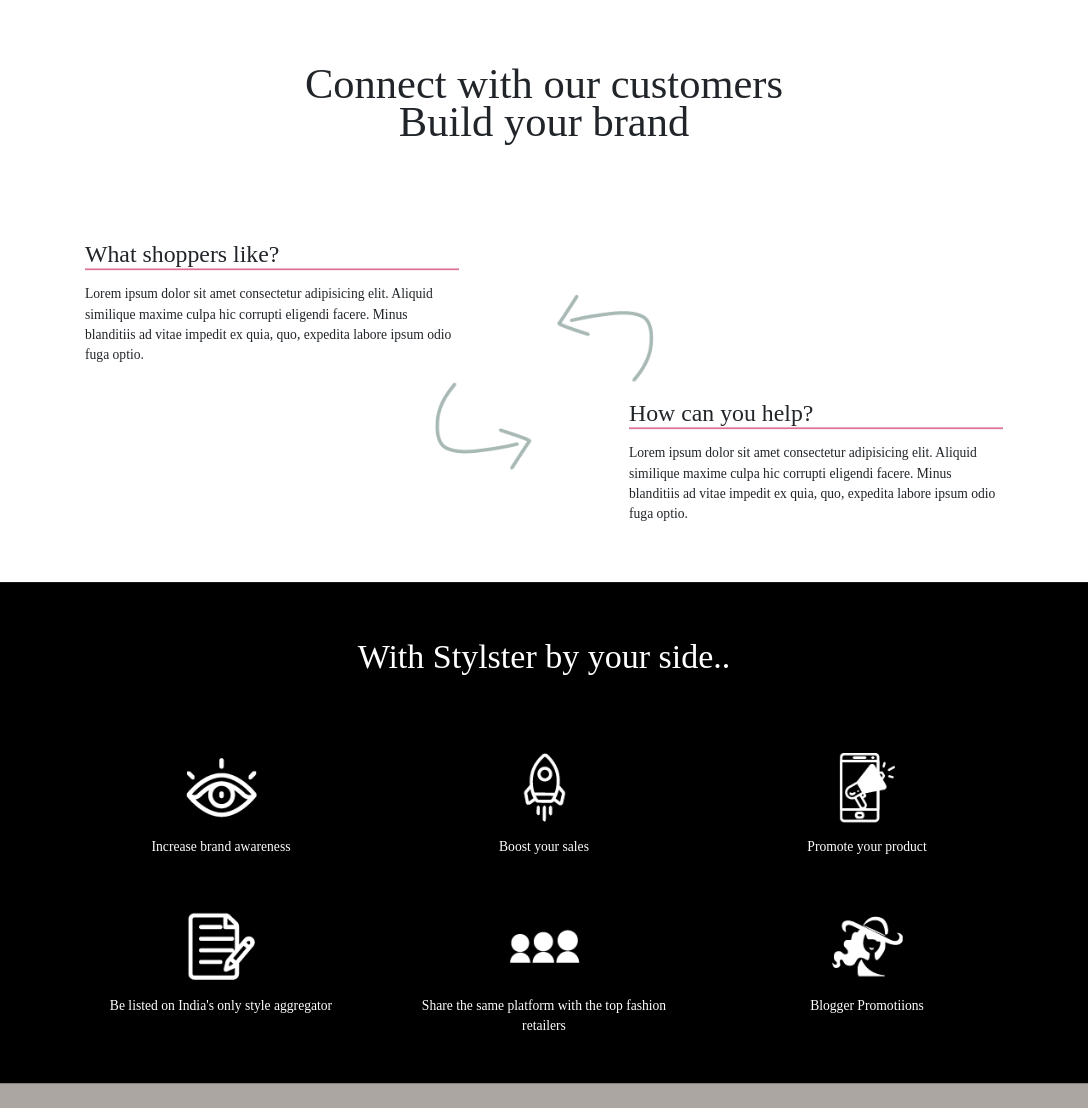
Repository: Lovekr/stylester
Page: stylster_frontend_design/partnership.html
An editor plug-in stored every save of this project. The page is shown before and after the next save, followed by the edit.
The browser window is 1280 px wide. The pictures show the part of the page from y = 801 to 2104 px (the page is 3261 px tall), at 85% of full size.
A picture or video elsewhere on the page could not be fetched, so the positions and the page height are approximate. Some web fonts or font styles are not loaded; a fallback is used.

Above is the page before, as saved 2020-03-04 10:20:35.

After the next save:
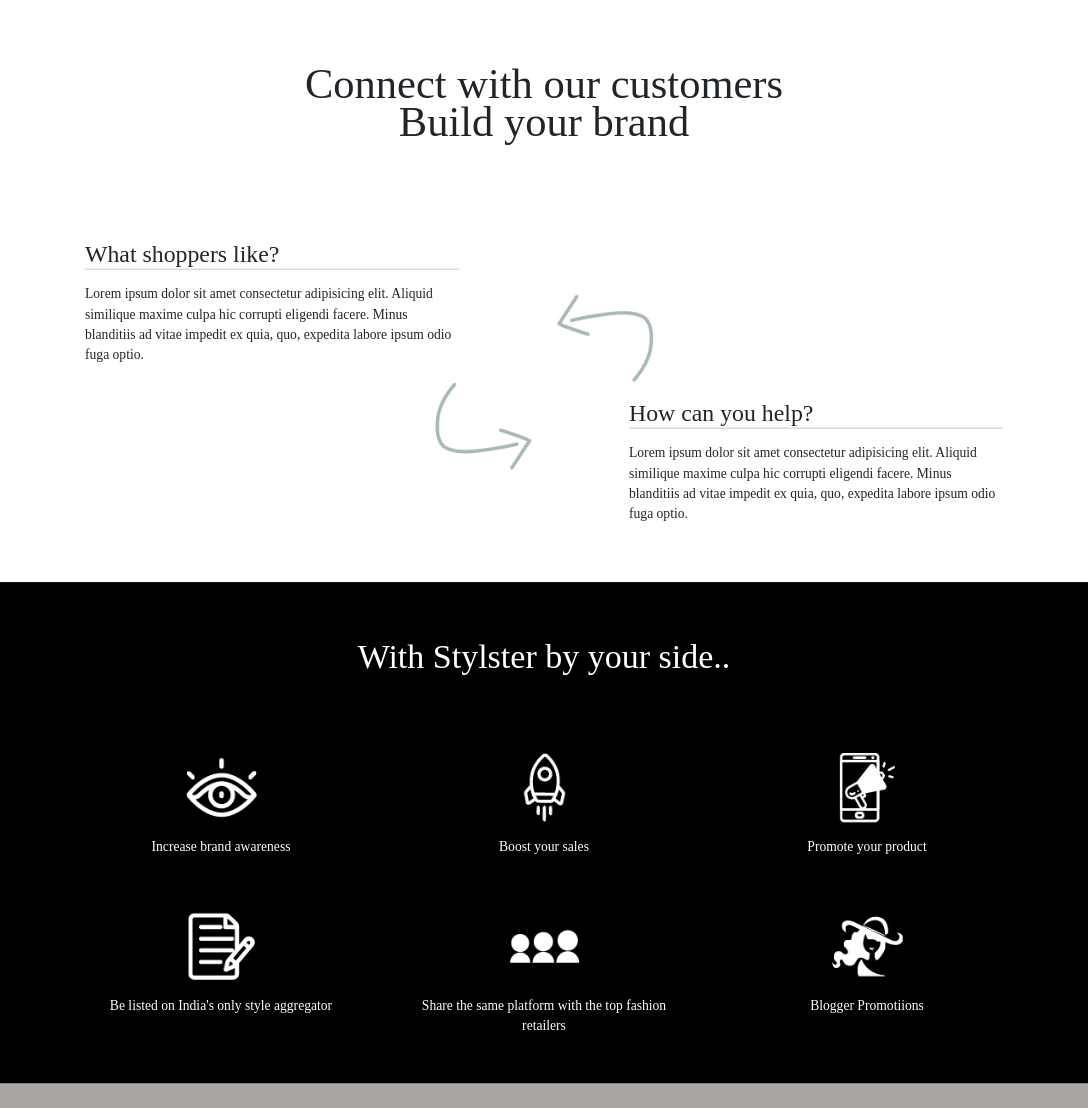
Saved 13 min 14 s later.
--- a/stylster_frontend_design/css/partnership.css
+++ b/stylster_frontend_design/css/partnership.css
@@ -278,7 +278,7 @@
 }
 
 .connect .row .pad50 h3{
-    border-bottom: 2px solid palevioletred;
+    border-bottom: 2px solid gainsboro;
 }
 
 
